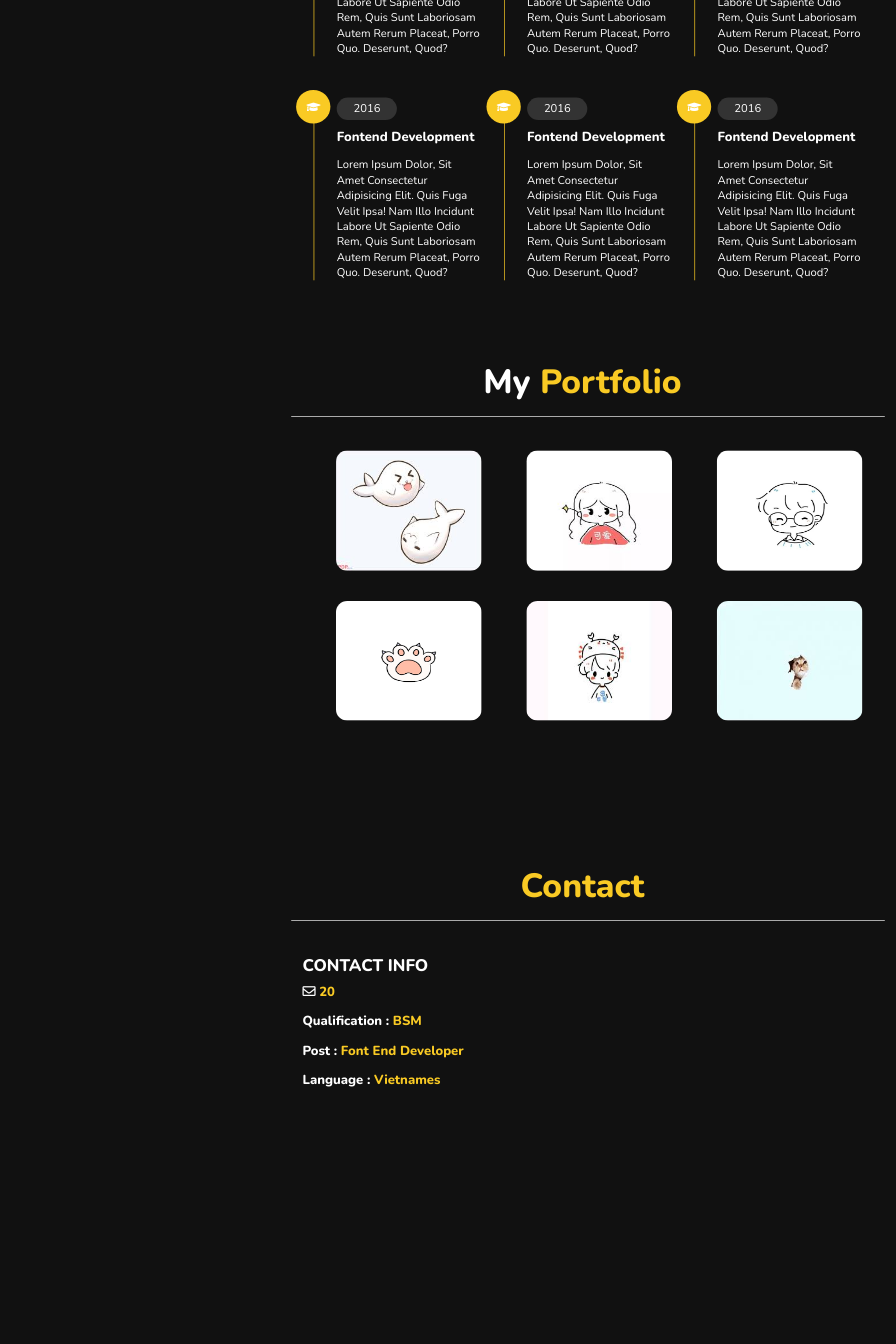
Repository: PCTai/My-profile
Page: index.html
The author's editor kept a copy of each file at every save. The page is drawn from the files as they stood at one save, then again after the next save.
The browser window is 1280 px wide. The pictures show the part of the page from y = 1779 to 3699 px (the page is 3699 px tall), at 70% of full size.

Above is the page before, as saved 2022-01-13 09:15:47.

After the next save:
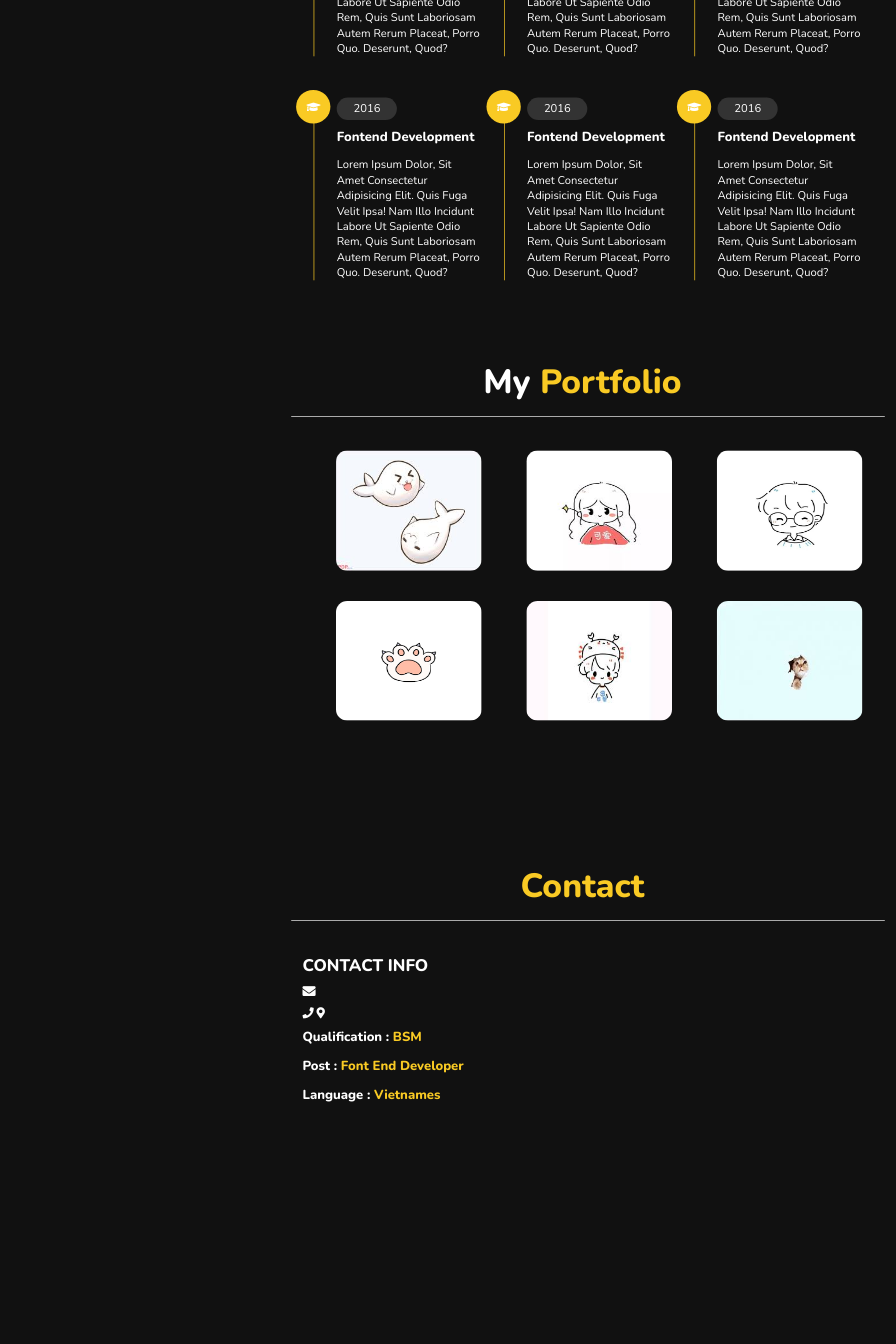
Saved 101 s later.
--- a/index.html
+++ b/index.html
@@ -162,9 +162,11 @@
             <div class="info">
                 <h1>CONTACT INFO</h1>
                 <h3>
-                    <i class="far fa-envelope"></i>
-                    <span>20</span>
+                    <i class="fas fa-envelope"></i>
+                    <span></span>
                 </h3>
+                <i class="fas fa-phone"></i>
+                <i class="fas fa-map-marker-alt"></i>
                 <h3>Qualification : <span>BSM</span></h3>
                 <h3>Post : <span>Font End Developer</span></h3>
                 <h3>Language : <span>Vietnames</span></h3>
